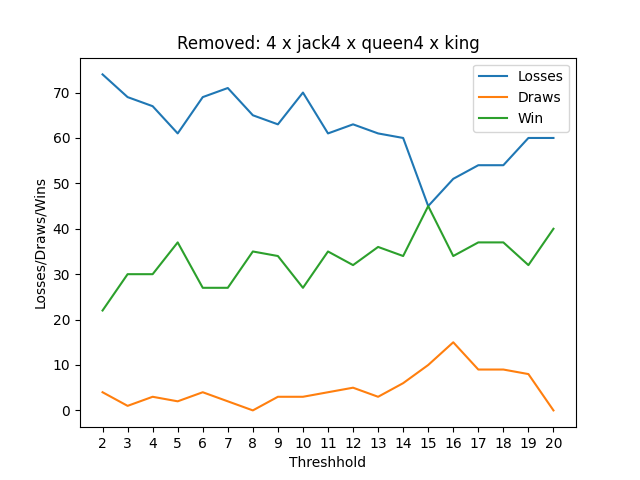
Repository: hosua/blackjack-cs241
Script's output: python main.py
These files come from the project's save history. The script's output is drawn as it stood at one moment and after a run of saves; the edit follows.
Random numbers start from a fixed seed.

Above is the script's output before, as saved 2022-12-12 15:09:00.

After the next 2 saves:
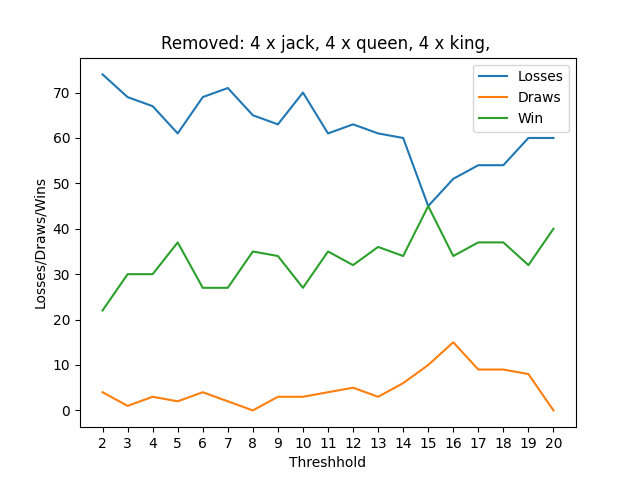
The 2 saves are shown as one change because they came seconds apart.
The last was saved 26 s later.
--- a/tester.py
+++ b/tester.py
@@ -197,7 +197,7 @@ def graph_data(trials: int, np_thresh, np_loss, np_draw, np_win, ranks: list[str
     # y = 2*x+5
     output = "Removed: "
     for i in range(len(ranks)):
-        output += f"{frequencies[i]} x {ranks[i]}"
+        output += f"{frequencies[i]} x {ranks[i]}, "
     # plt.title(f"Trials: {trials}\t{output}")
     plt.title(f"{output}")
     plt.xticks(x_ticks)
